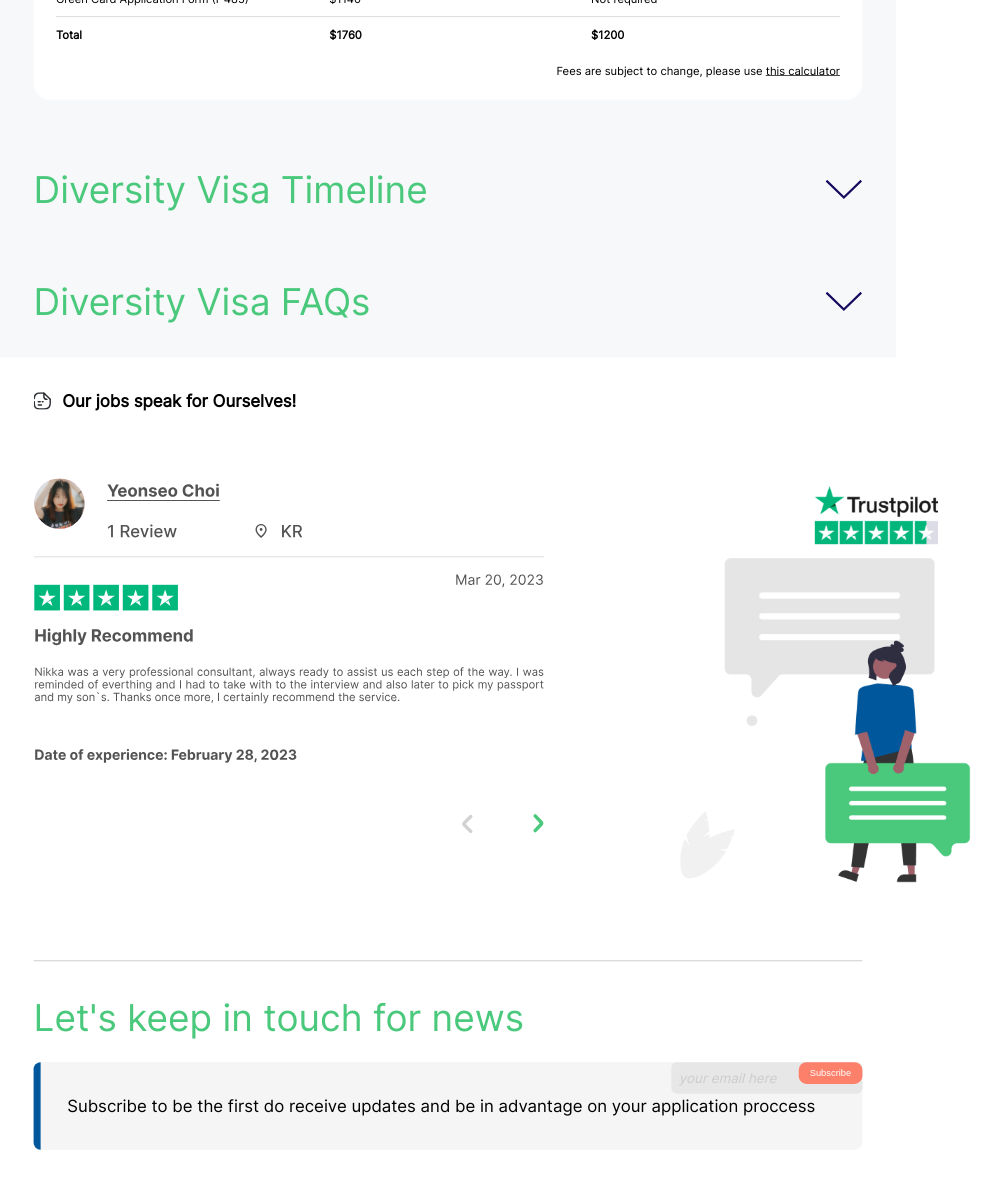
Repository: switch247/small_ui
Page: /
An editor plug-in stored every save of this project. The page is shown before and after the next save, followed by the edit.
The browser window is 1280 px wide. The page is 1404 px wide, so the pictures cover 1404 px, including what lies to the right of the window. The pictures show the part of the page from y = 1828 to 3548 px (the page is 3519 px tall before and 3548 px after), at 70% of full size.
The project was rebuilt for these pictures with package versions that can differ from the ones it lists, and the page was loaded fresh each time.

Above is the page before, as saved 2023-10-12 18:21:00.

After the next save:
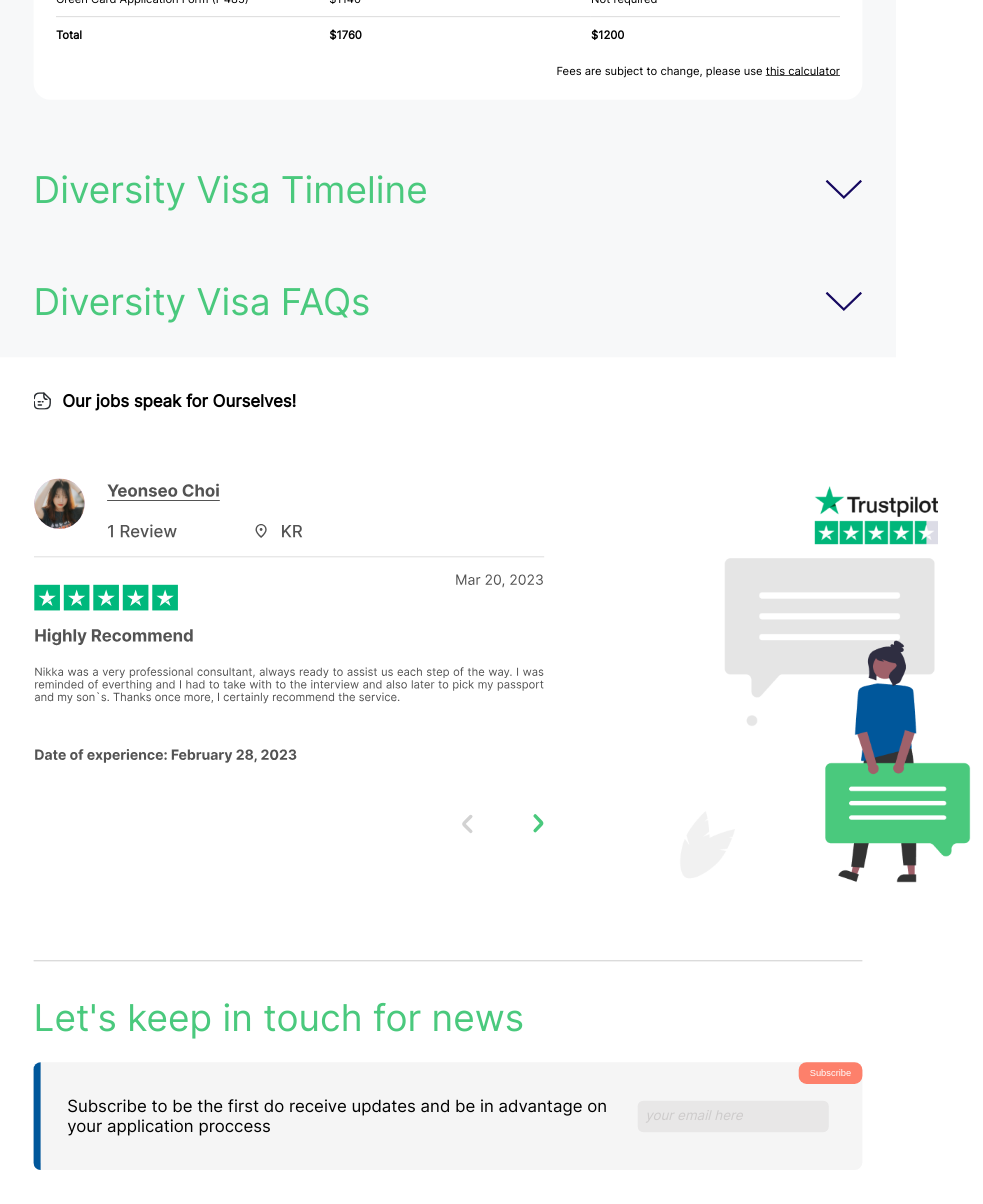
Saved 39 s later.
--- a/src/css/components/Table.css
+++ b/src/css/components/Table.css
@@ -62,9 +62,3 @@
   font-weight: 300;
   padding-top: 1rem;
 }
-
-.contact__email__input {
-  position: absolute;
-  top: 0;
-  right: 0;
-}
